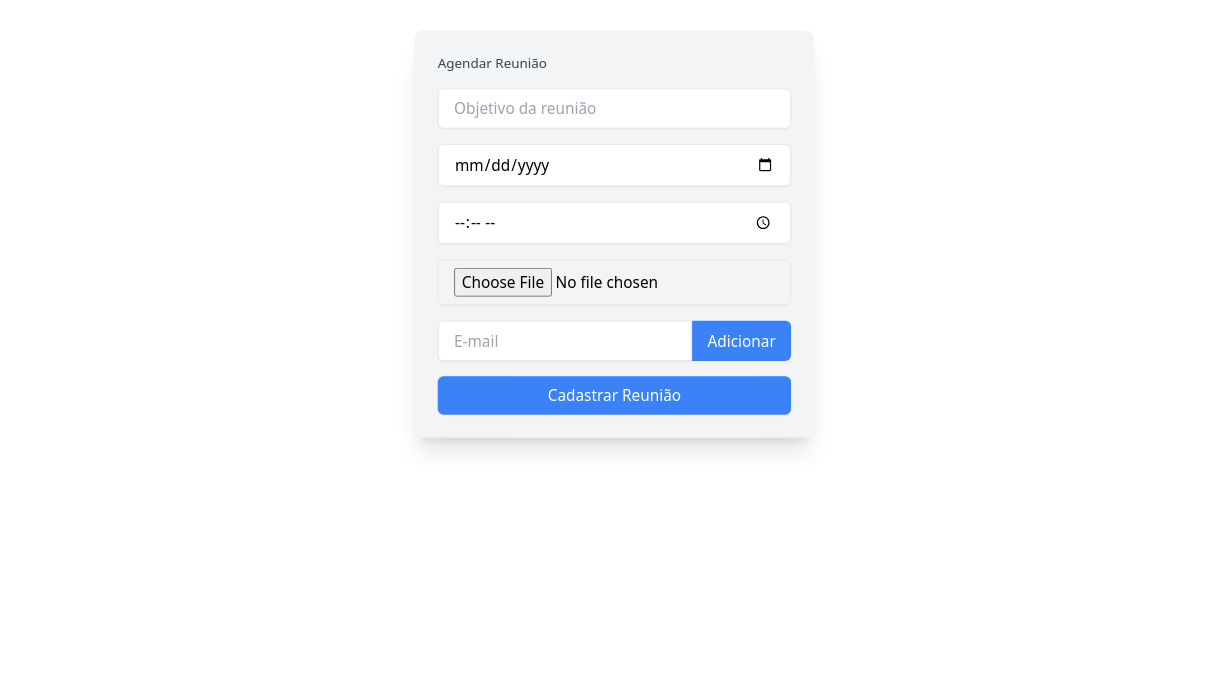
Repository: TamiBeira/meeting
Page: /
An editor plug-in stored every save of this project. The page is shown before and after the next save, followed by the edit.
The browser window is 1280 px wide. The pictures show the whole page, at 96% of full size.
An inner scrolling area shows only its first screen. The project was rebuilt for these pictures with package versions that can differ from the ones it lists, and the page was loaded fresh each time. Also part of the build but not shown: vite.config.ts.

Above is the page before, as saved 2024-02-26 17:24:49.

After the next save:
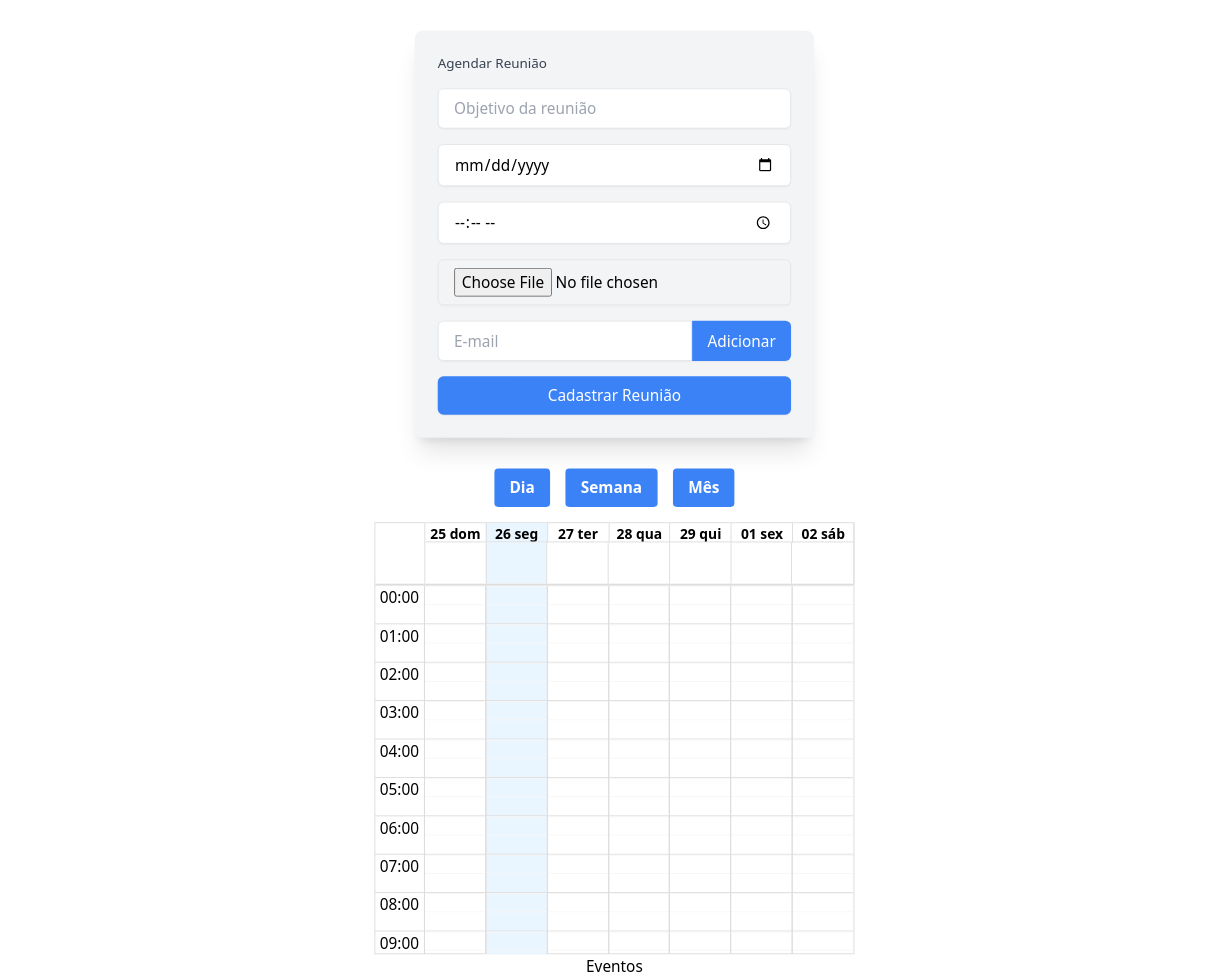
Saved 29 s later.
--- a/src/app.tsx
+++ b/src/app.tsx
@@ -1,10 +1,12 @@
 import { FormProvider } from './contexts/FormContext';
 import { Form } from './components/Form';
+import { Calendar } from './components/Calendar';
 
 export const App = () => {
   return (
     <FormProvider>
       <Form />
+      <Calendar />
     </FormProvider>
   );
 };
